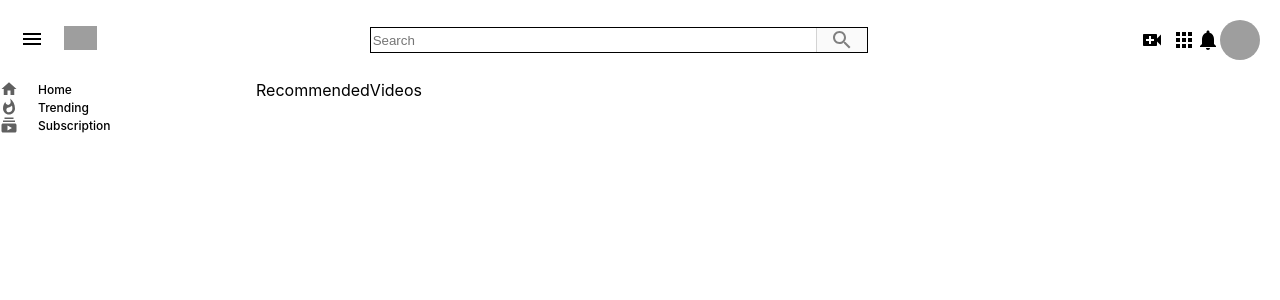
Repository: SubhashiniSundaresan/youtube-clone
Page: /
These files come from the project's save history. The page is drawn as it stood at one moment and after the next save; the edit follows.
The browser window is 1280 px wide. The pictures show the whole page.
Pictures or frames that could not be fetched are drawn as grey boxes. The project was rebuilt for these pictures with package versions that can differ from the ones it lists, and the page was loaded fresh each time.

Above is the page before, as saved 2020-12-23 15:55:27.

After the next save:
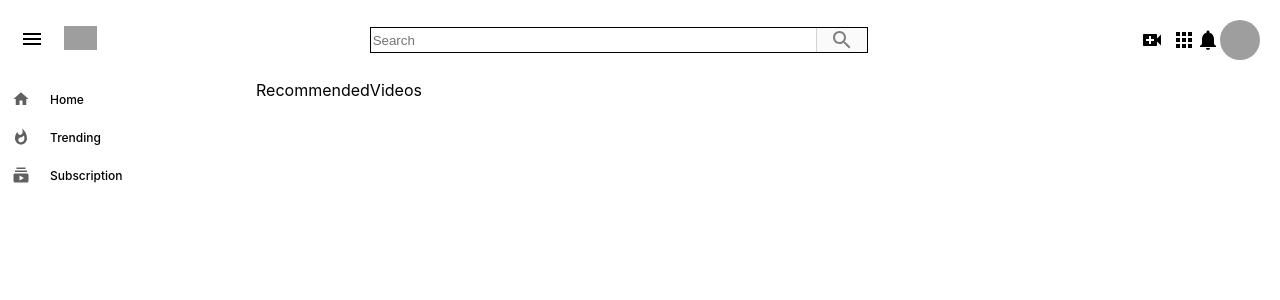
Saved 33 s later.
--- a/src/SideBarRow.css
+++ b/src/SideBarRow.css
@@ -1,6 +1,7 @@
 .sidebarRow {
     display: flex;
     align-items: center;
+    padding: 10px 12px;
 }
 
 .sidebarRow__icon {
